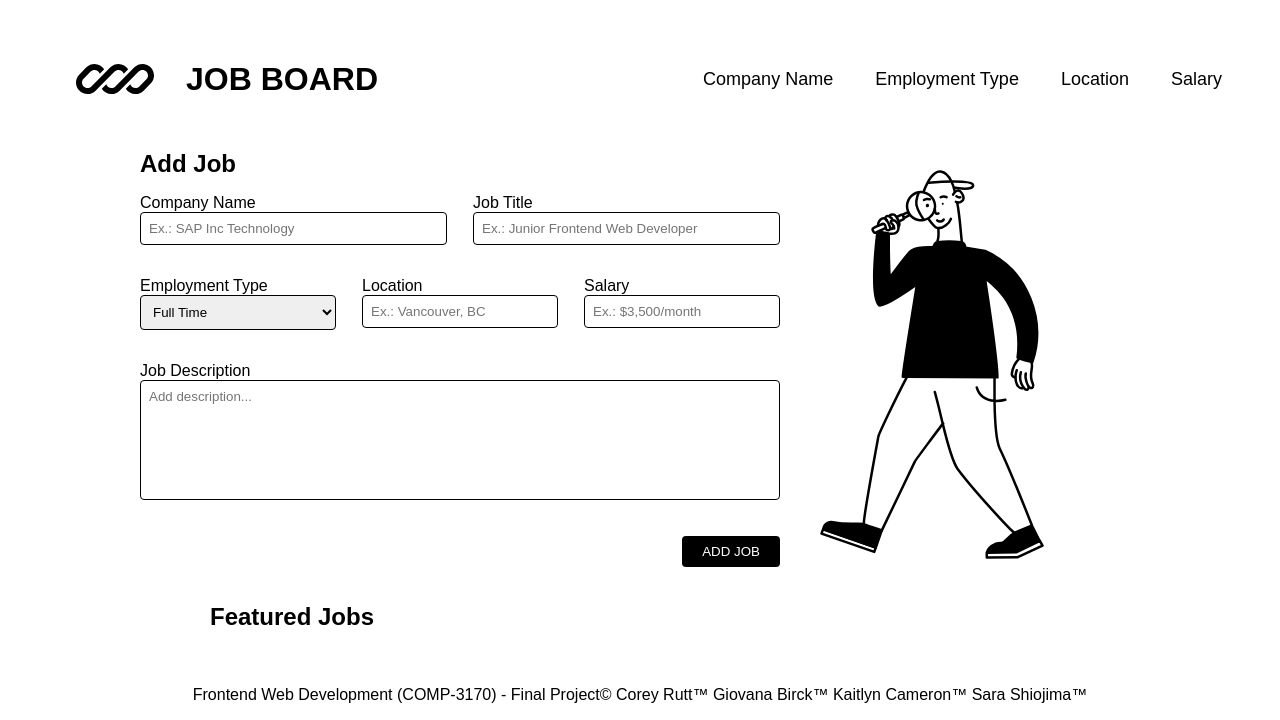
Repository: kcameron37/Final-Project-FrontEnd
Page: /
These files come from the project's save history. The page is drawn as it stood at one moment and after the next save; the edit follows.
The browser window is 1280 px wide. The pictures show the whole page.
The project was rebuilt for these pictures with package versions that can differ from the ones it lists, and the page was loaded fresh each time.

Above is the page before, as saved 2023-11-14 22:05:05.

After the next save:
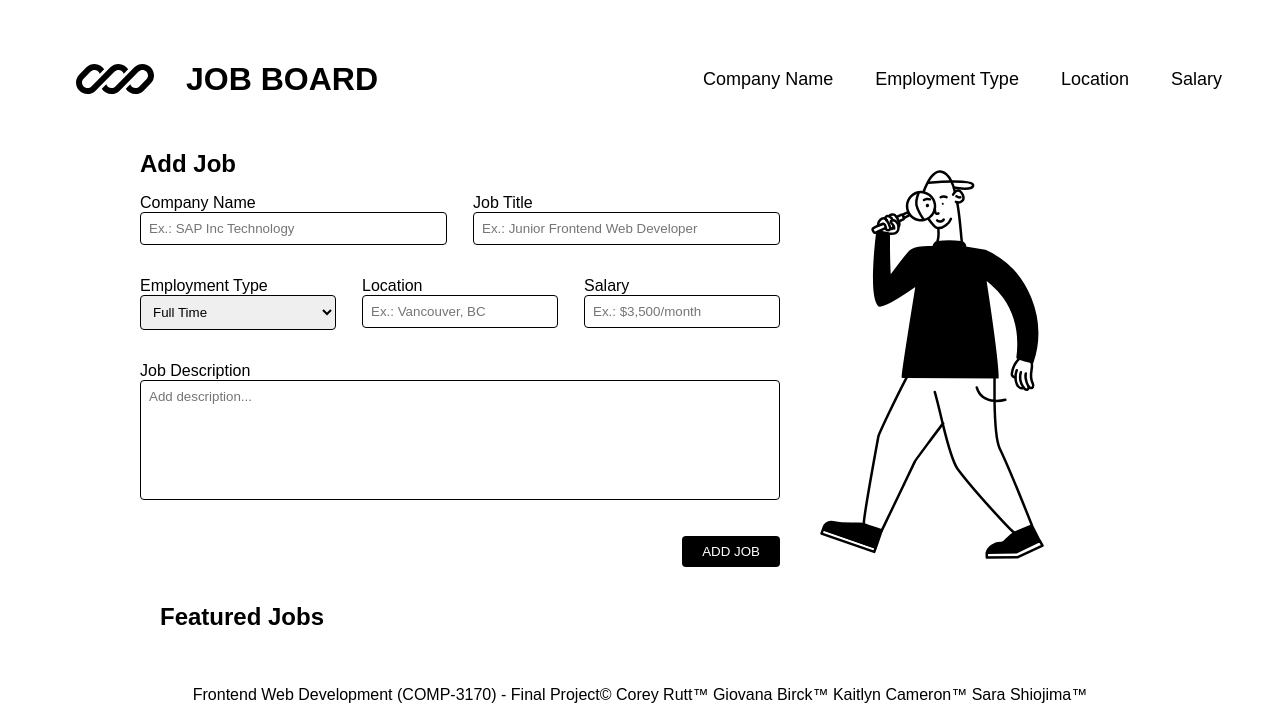
Saved 6 s later.
--- a/src/components/jobList.module.css
+++ b/src/components/jobList.module.css
@@ -4,7 +4,7 @@
 
   /* jobList.module.css */
   .jobListContainer {
-    max-width: 900px; /* This should match the .formContainer width */
+    max-width: 1000px; /* This should match the .formContainer width */
     margin: auto; /* This centers the container */
     padding: 0 20px; /* Add padding if the Add Job container has it */
   }
